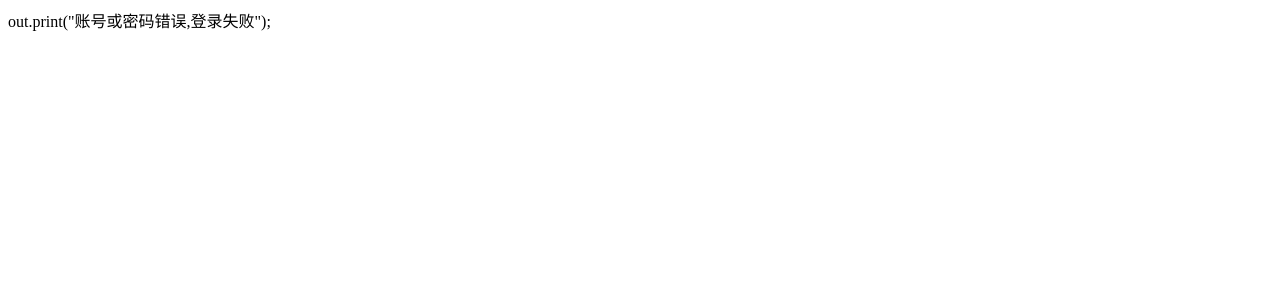
Repository: xzf-github/workspace
Page: http://localhost/sy3_4/error.jsp
An editor plug-in stored every save of this project. The page is shown before and after the next save, followed by the edit.
The browser window is 1280 px wide. The pictures show the whole page.
The page is served by Tomcat 9.

Above is the page before, as saved 2024-01-10 13:05:05.

After the next save:
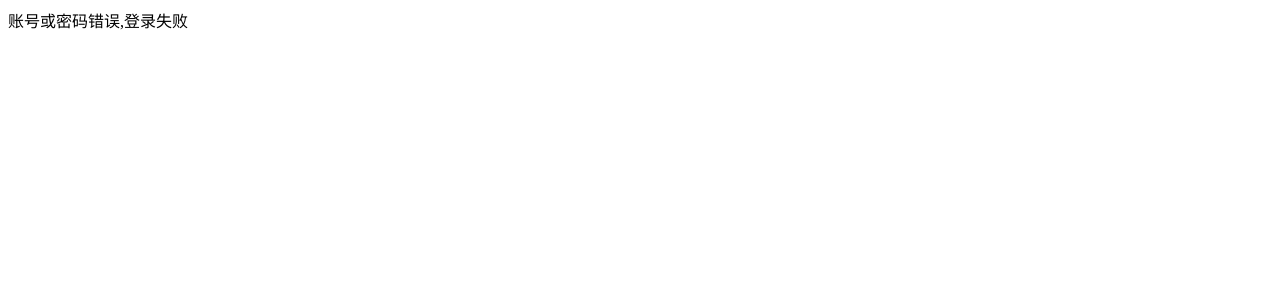
Saved 14 s later.
--- a/JavaServerPage/sy3&4/WebRoot/error.jsp
+++ b/JavaServerPage/sy3&4/WebRoot/error.jsp
@@ -5,6 +5,8 @@
 		<title>登录失败</title>
 	</head>
 	<body>
+	<%
 		out.print("账号或密码错误,登录失败");
+	%>
 	</body>
 </html>
